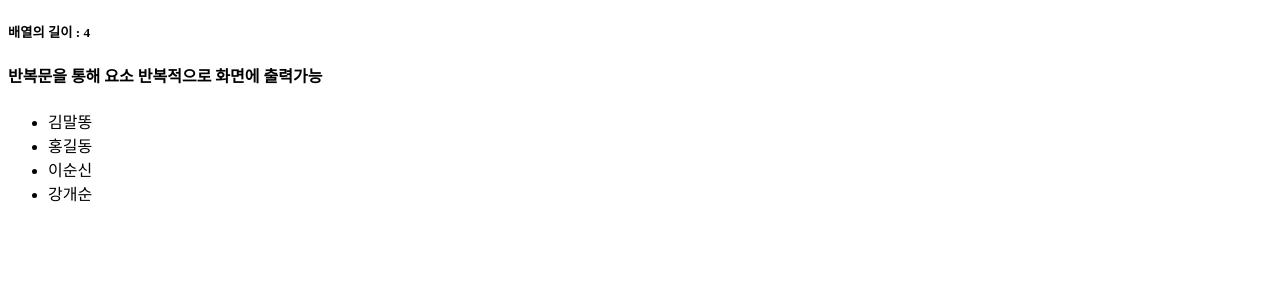
Repository: pje00427/webserver_workspace1
Page: http://localhost/2_JSP/views/01_ScriptingElement.jsp
The author's editor kept a copy of each file at every save. The page is drawn from the files as they stood at one save, then again after the next save.
The browser window is 1280 px wide. The pictures show the whole page.
The page is served by Tomcat 9.

Above is the page before, as saved 2020-08-31 01:46:00.

After the next save:
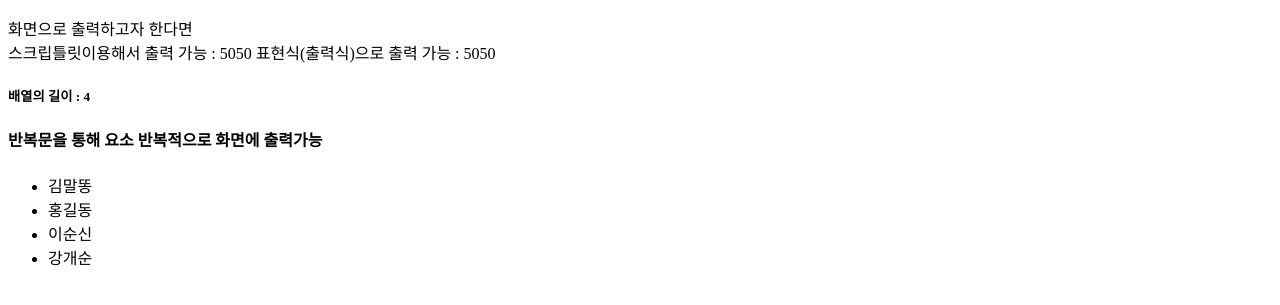
Saved 50 s later.
--- a/2_JSP/WebContent/views/01_ScriptingElement.jsp
+++ b/2_JSP/WebContent/views/01_ScriptingElement.jsp
@@ -9,23 +9,23 @@
 <body>
 	<!-- HTML 주석 : 개발자도구 탭에 노출됨 -->
 	<%-- JSP 주석 : 개발자도구 탭에 노출 안됨 --%>
-	<%--
+
 	<% // 스크립틀릿 : 이안에 일반적인 자바 코드 작성가능 (변수 선언 및 초기화 제어문 등등 ..)
 		int sum = 0;
 
-		for(int i=1; 1<=100; i++){
+		for(int i=1; i<=100; i++){
 			sum += i;
 		}
 
 		//System.out.println("덧셈끝! 결과 : " + sum);
-	%>*/
+	%>
 
 	<p>
 		화면으로 출력하고자 한다면 <br>
 		스크립틀릿이용해서 출력 가능  : <% out.println(sum); %>
 		표현식(출력식)으로 출력 가능 : <%= sum %>
 	</p>
-	--%>
+
 
 	<%
 		String[] name = {"김말똥", "홍길동", "이순신", "강개순"};
